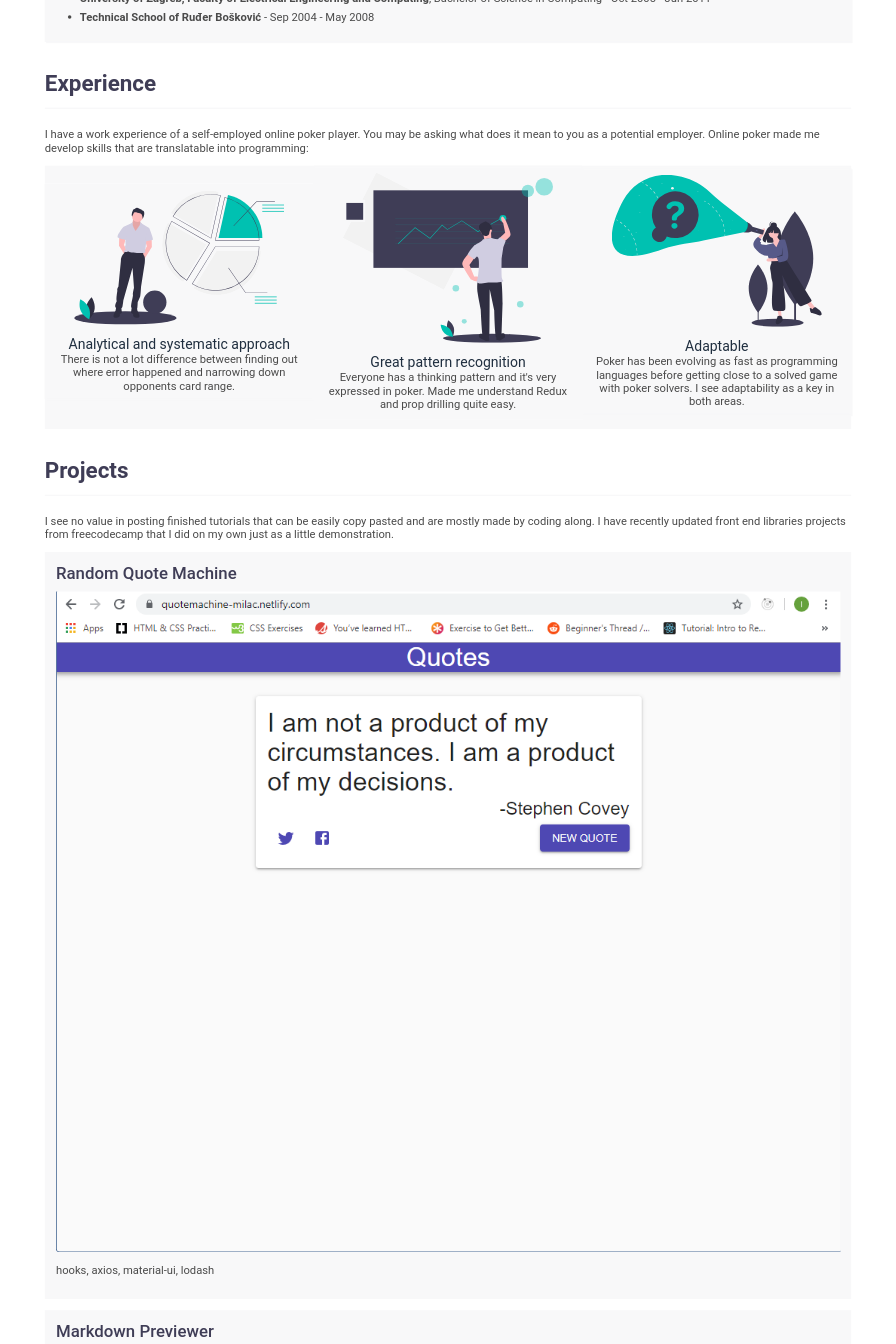
Repository: milac0/my-website
Page: /
The author's editor kept a copy of each file at every save. The page is drawn from the files as they stood at one save, then again after the next save.
The browser window is 1280 px wide. The pictures show the part of the page from y = 1124 to 3044 px (the page is 6708 px tall before and 6727 px after), at 70% of full size.
The project was rebuilt for these pictures with package versions that can differ from the ones it lists, and the page was loaded fresh each time. Also part of the build but not shown: src/components/formContact.module.css, src/components/FormContact.js, src/pages/contact.module.css, src/pages/Contact.js. Imported but missing from the stored project, and not drawn on this page: src/resume.pdf.

Above is the page before, as saved 2019-10-24 20:46:16.

### public/index.html
<!DOCTYPE html>
<html lang="en">
  <head>
    <meta charset="utf-8" />
    <link rel="icon" href="%PUBLIC_URL%/favicon.ico" />
    <meta name="viewport" content="width=device-width, initial-scale=1" />
    <meta name="theme-color" content="#000000" />
    <meta
      name="description"
      content="Web site created using create-react-app"
    />
    <!--
      manifest.json provides metadata used when your web app is installed on a
      user's mobile device or desktop. See https://developers.google.com/web/fundamentals/web-app-manifest/
    -->
    <link rel="manifest" href="%PUBLIC_URL%/manifest.json" />
    <!--
      Notice the use of %PUBLIC_URL% in the tags above.
      It will be replaced with the URL of the `public` folder during the build.
      Only files inside the `public` folder can be referenced from the HTML.

      Unlike "/favicon.ico" or "favicon.ico", "%PUBLIC_URL%/favicon.ico" will
      work correctly both with client-side routing and a non-root public URL.
      Learn how to configure a non-root public URL by running `npm run build`.
    -->
    <title>Mile Balenovic</title>
  </head>
  <body>
    <noscript>You need to enable JavaScript to run this app.</noscript>
    <div id="root"></div>
    <!--
      This HTML file is a template.
      If you open it directly in the browser, you will see an empty page.

      You can add webfonts, meta tags, or analytics to this file.
      The build step will place the bundled scripts into the <body> tag.

      To begin the development, run `npm start` or `yarn start`.
      To create a production bundle, use `npm run build` or `yarn build`.
    -->
  </body>
</html>

### src/index.css
html, body {
  height: 100%;
}

body {
  display: flex;
  flex-direction: column;
}

body {
  margin: 0;
  font-family: 'Roboto', sans-serif;
  -webkit-font-smoothing: antialiased;
  -moz-osx-font-smoothing: grayscale;
}

/*****
  Navbar & Hero
*****/

header,
.hero {
  background:#3F3D56;
  border-bottom: 0.1px solid #ffffff;
  text-align: center;
}

.hero {
  margin-bottom: 2em;
}

.container {
  width: 90%;
  max-width: 1200px;
  margin: 0 auto;
}

nav li {
  list-style: none;
  display: flex;
  justify-content: space-evenly;
  align-items: center;
}

.nav-item:hover {
  filter: invert(0.1);
}
nav ul {
  padding: 0;
}

.hero {
  margin-bottom: 2.5em;
}

.hero-profile {
  padding: 3em 0;
}

.hero-profile img {
  margin-bottom: 0.5em;
}

.hero-profile-title,
.hero-profile-subtitle {
  color: #ffffff;
}

.hero-profile h1 {
  margin: 0;
  font-size: 2rem;
}

.hero-profile p {
  font-size: 1rem;
  margin: 0;
  margin-top: -0.25rem;
  margin-bottom: 1.5em;
}

.hero-profile-subtitle strong {
  font-weight: 700;
  color: #61dafb;
}

.button-cta,
.button-home {
  background: #00AEA0;
  color: #1f2e3f;
  padding: 0.75em 2em;
  border: none;
  border-radius: 20px;
  font-size: 1rem;
  font-weight: 700;
  text-decoration: none;
}

.button-cta:hover,
.button-cta:focus {
  background: #00C1B1;
  color: #1f2e3f;
  cursor: pointer;
}

.button-home {
  background: #ffffff;
  border: 2px solid #1f2e3f;
  padding: 0.3em 1em;
}

.button-home:hover,
.button-home:focus {
  border: 2px solid #ffffff;
 filter: invert(0.1);
}


/*****
  Typography
*****/

h1 {
  color: #3F3D56;
}

h2 {
  color: #3F3D56;
  font-size: 1.5rem;
  font-weight: 500;
  margin: 0;
}

p,
ul {
  color: #4a4a4a;
}

.section-skill h2 {
  color: #1F2E3F;
  font-size: 1.25rem;
  font-weight: 400;
  margin: 0;
}

.section-body {
  font-size: 1rem;
  margin-bottom: 1em;
}

#section-cta .section-title,
#section-cta .section-body {
  color: #ffffff;

}

/*****
  Layout
*****/
section {
  margin-bottom: 2.5em;
}

.section-title {
  border-bottom: 2px solid #F8F8F9;
  font-size: 2rem;
  padding-bottom: 0.5em;
}

.article-education,
.section-skill {
  box-shadow: 2px 2px #F8F8F9;
  border: 2px solid #F8F8F9;
  margin-bottom: 1em;
  padding: 0.5em;
}

.article-education li{
  margin-bottom: 0.5em;
}

.section-skill {
  background: #F8F8F9;
  text-align: center;
}

.section-skill p {
  margin: 0;
}

.section-skill-image {
  display: block;
  margin: 0 auto 1em auto;
  max-width: 300px;
  width: 100%;
}

article {
  background: #F8F8F9;
  padding: 1em;
  margin-bottom: 1em;
}

article h2 {
  margin-bottom: 0.5em;
}

.project-image {
  display: block;
  width: 100%;
  cursor: pointer;
  border-left: 1px solid #19427A;
  border-bottom: 1px solid #19427A;
  border-radius: 0 0 0 5px;
}

.project-image:hover {
  filter: invert(0.1);
}


#section-cta {
  padding-bottom: 5em;
  background: #3F3D56;
}

#section-cta{
  text-align: center;
  padding: 0.5em;
}

#section-cta .button-cta {
  margin: 1em 0 2em 0;
}

footer {
  background: #F8F8F9;
  padding: 3em 0;
  width: 100%;
  text-align: center;
  flex-shrink: 0;
}

.invalid-feedback {
  color: #D8000C;
  font-size: 0.75rem;
  font-family: 'Roboto', sans-serif;
}

@media (min-width: 752px) {
  .section-skills {
    background: #F8F8F9;
    display: flex;
    flex-direction: row;
    align-items: center;
    flex-flow: row;
  }
  .section-skill {
    flex: 1 1 300px;
      }
}

### src/App.js
import React from 'react';
import {
  BrowserRouter as Router,
  Switch,
  Route,
} from "react-router-dom";
import Home from './pages/Home'
import Contact from './pages/Contact';

function App() {
  return (
      <Router>
        <Switch>
        <Route path ="/" exact component={Home} />
        <Route path ="/contact" component={Contact} />
        </Switch>
      </Router>

  );
}

export default App;

### src/pages/Home.js
import React, { Fragment } from "react";
import Navbar from "../components/Navbar";
import Hero from "../components/Hero";
import AboutMe from "../components/AboutMe";
import Education from "../components/Education";
import Experience from "../components/Experience";
import Projects from "../components/Projects";
import SectionCTA from "../components/SectionCTA";
import Footer from "../components/Footer";

const Home = () => {
  return (
    <Fragment>
      <Navbar />
      <Hero />
      <main>
        <div className="container">
          <AboutMe />
          <Education />
          <Experience />
          <Projects />
          <SectionCTA />
        </div>
      </main>
      <Footer />
    </Fragment>
  );
};

export default Home;

### src/components/Navbar.js
import React from "react";
import { Link } from "react-router-dom";

import resumeIcon from "../images/resume.png";
import linkedinIcon from "../images/linkedin.png";
import githubIcon from "../images/github.png";
import homeIcon from "../images/home.png";
import resumePdf from "../resume.pdf";

//mui
import Tooltip from "@material-ui/core/Tooltip";

const Navbar = () => {
  return (
    <header>
      <div className="container">
        <nav>
          <li>
            <ul>
              <Tooltip title="Home">
                <Link to="/">
                  <img className="nav-item" src={homeIcon} alt="home" />
                </Link>
              </Tooltip>
            </ul>
            <ul>
              <Tooltip title="Resume">
                <a href={resumePdf} download target="_self">
                  <img className="nav-item" src={resumeIcon} alt="resume" />
                </a>
              </Tooltip>
            </ul>
            <ul>
              <Tooltip title="Linkedin">
                <a
                  href="https://www.linkedin.com/in/mile-balenovi%C4%87-a4ab9188/"
                  target="_blank"
                  rel="noopener noreferrer"
                >
                  <img className="nav-item" src={linkedinIcon} alt="linkedin" />
                </a>
              </Tooltip>
            </ul>
            <ul>
              <Tooltip title="Github">
                <a
                  href="https://github.com/milac0"
                  target="_blank"
                  rel="noopener noreferrer"
                >
                  <img className="nav-item" src={githubIcon} alt="github" />
                </a>
              </Tooltip>
            </ul>
          </li>
        </nav>
      </div>
    </header>
  );
};

export default Navbar;

### src/components/Hero.js
import React from "react";
import { Link } from "react-router-dom";
import LazyLoad from "react-lazyload";
import profileImg from "../images/profile.png";

const Hero = () => {
  return (
    <div className="hero">
      <div className="container">
        <div className="hero-profile">
          <img src={profileImg} className="hero-profile-image" alt="profile" />
          <h1 className="hero-profile-title">Mile Balenovic</h1>
          <p className="hero-profile-subtitle">
            Switching career to <strong>React</strong> development
          </p>
          <Link to="/contact">
            <button className="button-cta">Contact Me!</button>
          </Link>
        </div>
      </div>
    </div>
  );
};

export default Hero;

### src/components/AboutMe.js
import React from "react";

const AboutMe = () => {
  return (
    <section>
      <h1 className="section-title">About Me</h1>
      <p className="section-body">
        <strong>
          Master of Science in Information and communication technology.
        </strong>{" "}
        Constant learning and skill growth is what motivates me, while
        problem-solving and overcoming obstacles excites me. Completely involved
        in JavaScript upon ending online poker career in March 2019.
      </p>
    </section>
  );
};

export default AboutMe;

### src/components/Education.js
import React from "react";

const Education = () => {
  return (
    <section>
      <h1 className="section-title">Education</h1>
      <article className="article-education">
        <h2>Informal education</h2>
        <p>
          Internet is full of programming materials. Sites listed down below
          helped me learn a lot about
          <strong> HTML</strong>, <strong>CSS</strong>,{" "}
          <strong>JavaScript</strong>,<strong> React</strong> and a little bit
          about other technologies from the ground up.
        </p>
        <ul>
          <li>freeCodeCamp.org</li>
          <li>Udemy courses from Andrew Mead and Maximilian Schwarzmüller</li>
          <li>
            Youtube tutorials from channels: classNameed, The Net Ninja, Travery
            Media{" "}
          </li>
          <li>MDN</li>
          <li>W3Schools</li>
          <li>stackoverflow</li>
        </ul>
      </article>
      <article className="article-education">
        <h2>Formal Education</h2>
        <ul>
          <li>
            <strong>
              University of Zagreb, Faculty of Electrical Engineering and
              Computing
            </strong>
            , Master of Science in Information and communication technology -
            Oct 2011 - Sep 2014
          </li>
          <li>
            <strong>
              University of Zagreb, Faculty of Electrical Engineering and
              Computing
            </strong>
            , Bachelor of Science in Computing - Oct 2008 - Jun 2011
          </li>
          <li>
            <strong>Technical School of Ruđer Bošković</strong> - Sep 2004 - May
            2008
          </li>
        </ul>
      </article>
    </section>
  );
};

export default Education;

### src/components/Experience.js
import React from "react";
import LazyLoad from "react-lazyload";
import analyticalImg from "../images/analytical.svg";
import patternImg from "../images/pattern.svg";
import adaptiveImg from "../images/adaptive.svg";

const Experience = () => {
  return (
    <section>
      <h1 className="section-title">Experience</h1>
      <p className="section-body">
        I have a work experience of a self-employed online poker player. You may
        be asking what does it mean to you as a potential employer. Online poker
        made me develop skills that are translatable into programming:
      </p>
      <div className="section-skills">
      <div className="section-skill">
        <LazyLoad height={200}>
          <img
            className="section-skill-image"
            src={analyticalImg}
            alt="analytical"
          />
        </LazyLoad>
        <h2>Analytical and systematic approach</h2>
        <p>
          There is not a lot difference between finding out where error happened
          and narrowing down opponents card range.
        </p>
      </div>
      <div className="section-skill">
        <LazyLoad height={200}>
          <img className="section-skill-image" src={patternImg} alt="pattern" />
        </LazyLoad>
        <h2>Great pattern recognition</h2>
        <p>
          Everyone has a thinking pattern and it's very expressed in poker. Made
          me understand Redux and prop drilling quite easy.
        </p>
      </div>
      <div className="section-skill">
        <LazyLoad height={200}>
          <img className="section-skill-image" src={adaptiveImg} alt="" />
        </LazyLoad>
        <h2>Adaptable</h2>
        <p>
          Poker has been evolving as fast as programming languages before
          getting close to a solved game with poker solvers. I see adaptability
          as a key in both areas.
        </p>
      </div>
      </div>
    </section>
  );
};

export default Experience;

### src/components/Projects.js
import React from "react";
import LazyLoad from "react-lazyload";

import quoteImg from "../images/quote.PNG";
import markdownImg from "../images/markdown.PNG";
import pomodoroImg from "../images/pomodoro.PNG";
import drumImg from "../images/drum.PNG";

const Projects = () => {
  return (
    <section>
      <h1 className="section-title">Projects</h1>
      <p className="section-body">
        I see no value in posting finished tutorials that can be easily copy
        pasted and are mostly made by coding along. I have recently updated
        front end libraries projects from freecodecamp that I did on my own just
        as a little demonstration.
      </p>
      <article>
        <h2>Random Quote Machine</h2>
        <a
          href="https://quotemachine-milac.netlify.com/"
          target="_blank"
          rel="noopener noreferrer"
        >
          <LazyLoad>
            <img className="project-image" src={quoteImg} alt="quote-machine" />
          </LazyLoad>
        </a>
        <p>hooks, axios, material-ui, lodash</p>
      </article>
      <article>
        <h2>Markdown Previewer</h2>
        <a
          href="https://markdown-milac.netlify.com/"
          target="_blank"
          rel="noopener noreferrer"
        >
          <LazyLoad>
            <img
              className="project-image"
              src={markdownImg}
              alt="markdown-previewer"
            />
          </LazyLoad>
        </a>
        <p>nothing</p>
      </article>
      <article>
        <h2>Drum Machine</h2>
        <a
          href="https://drummachine-milac.netlify.com/"
          target="_blank"
          rel="noopener noreferrer"
        >
          <LazyLoad>
            <img className="project-image" src={drumImg} alt="drum-machine" />
          </LazyLoad>
        </a>
        <p>hooks, axios, material-ui</p>
      </article>
      <article>
        <h2>Pomodoro Clock</h2>
        <a
          href="https://pomodoro-clo.netlify.com/"
          target="_blank"
          rel="noopener noreferrer"
        >
          <LazyLoad>
            <img
              className="project-image"
              src={pomodoroImg}
              alt="pomodoro clock"
            />
          </LazyLoad>
        </a>
        <p>hooks, axios, material-ui</p>
      </article>
    </section>
  );
};

export default Projects;

### src/components/SectionCTA.js
import React from "react";
import { Link } from "react-router-dom";

const SectionCTA = () => {
  return (
    <section id="section-cta">
      <h1 className="section-title">Do you like what you've read?</h1>
      <p className="section-body">
        I have plenty more to learn and with the guidance of yours more experienced
        employees I'm sure I can contribute to your company in no time.
      </p>
      <Link to="/contact">
        <button className="button-cta">Contact Me!</button>
      </Link>
    </section>
  );
};

export default SectionCTA;

### src/components/Footer.js
import React from "react";

const Footer = () => {
  return (
    <footer>
      <p> Copyright 2019</p>
    </footer>
  );
};

export default Footer;

Loaded but not shown: src/index.js (common file)

After the next save:
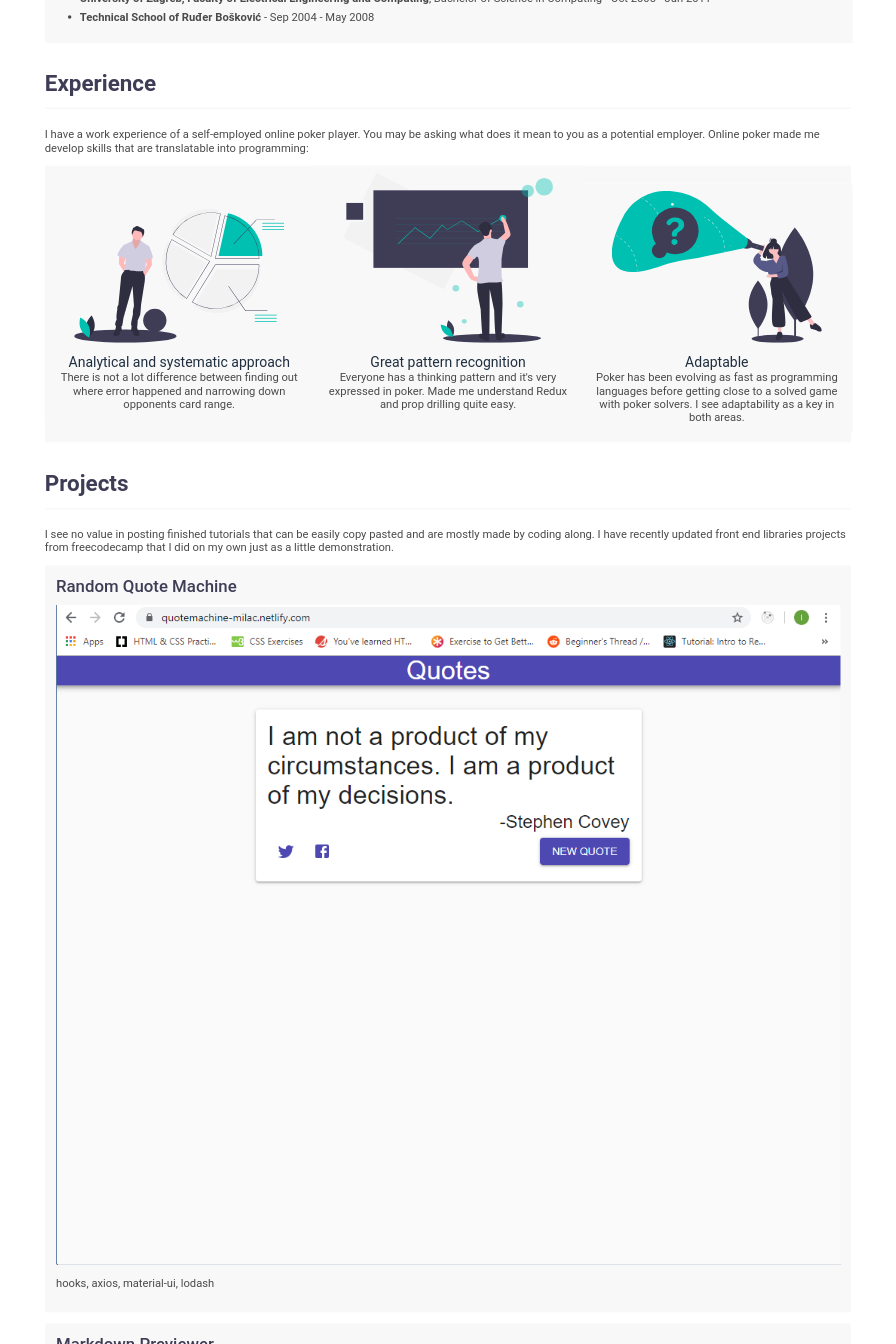
Saved 16 s later.
--- a/src/index.css
+++ b/src/index.css
@@ -251,8 +251,7 @@ footer {
     background: #F8F8F9;
     display: flex;
     flex-direction: row;
-    align-items: center;
-    flex-flow: row;
+    align-items: baseline;
   }
   .section-skill {
     flex: 1 1 300px;
